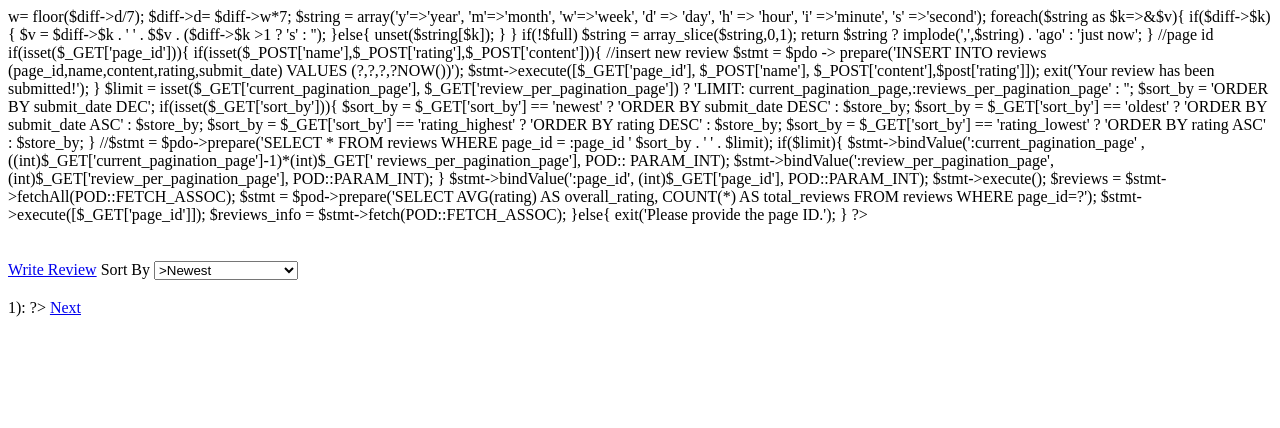
Repository: chathura226/SeekWork_Group_Project_I
Page: ratingsystem/index.html
An editor plug-in stored every save of this project. The page is shown before and after the next save, followed by the edit.
The browser window is 1280 px wide. The pictures show the whole page.

Above is the page before, as saved 2023-12-21 22:54:34.
Console error: TypeError: Cannot set properties of null (setting 'onsubmit')

After the next save:
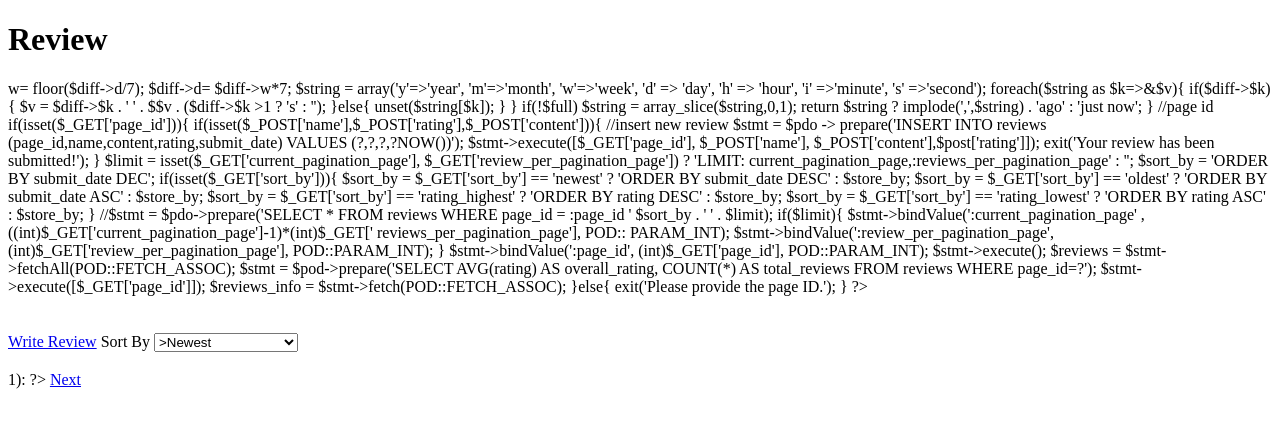
Saved 2 min 16 s later.
--- a/ratingsystem/index.html
+++ b/ratingsystem/index.html
@@ -7,6 +7,8 @@
 
     </head>
     <body>
+
+        <h1>Review</h1>
 
         <div class="content home">
             <div class="reviews"></div>
